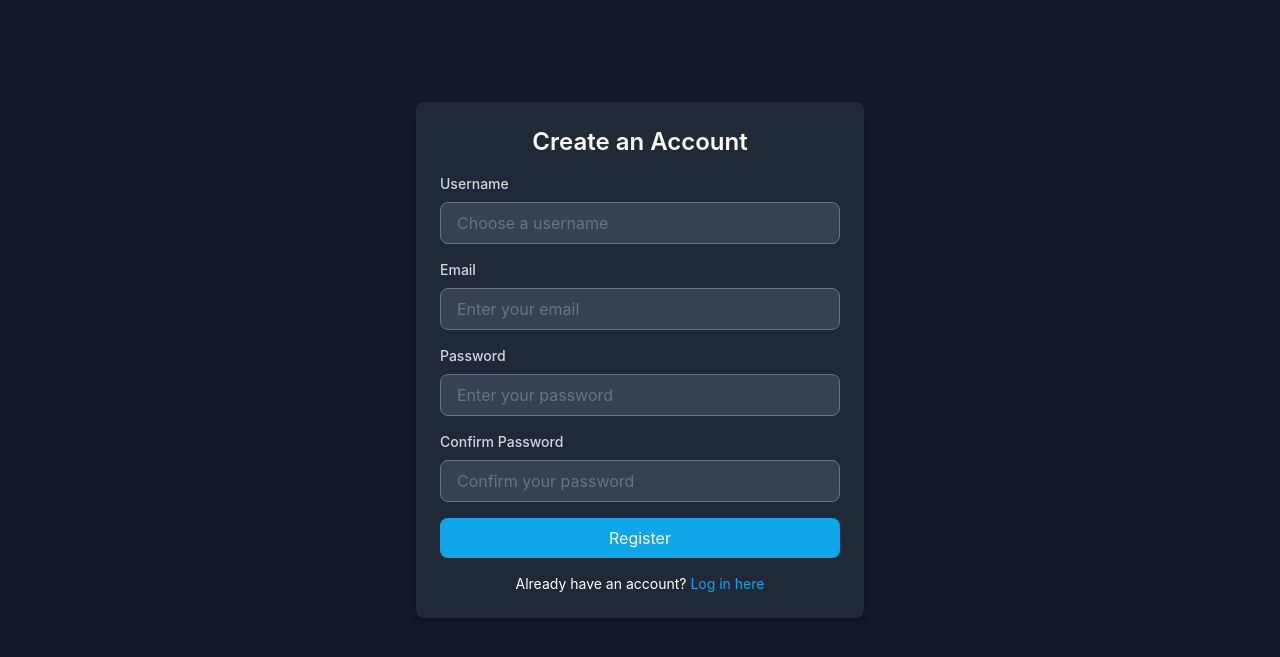
Repository: ChudasamaPratik/taks-attendance
Page: /register (app in frontend/)
An editor plug-in stored every save of this project. The page is shown before and after the next save, followed by the edit.
The browser window is 1280 px wide. The pictures show the whole page.
The project was rebuilt for these pictures with package versions that can differ from the ones it lists, and the page was loaded fresh each time. Also part of the build but not shown: frontend/vite.config.js, frontend/src/pages/Login.jsx, frontend/src/components/NavButtons.jsx, frontend/src/pages/Dashboard.jsx, frontend/src/pages/Attendance.jsx, frontend/src/pages/Task.jsx, frontend/src/pages/Projects.jsx.

Above is the page before, as saved 2024-11-30 11:07:00.

After the next save:
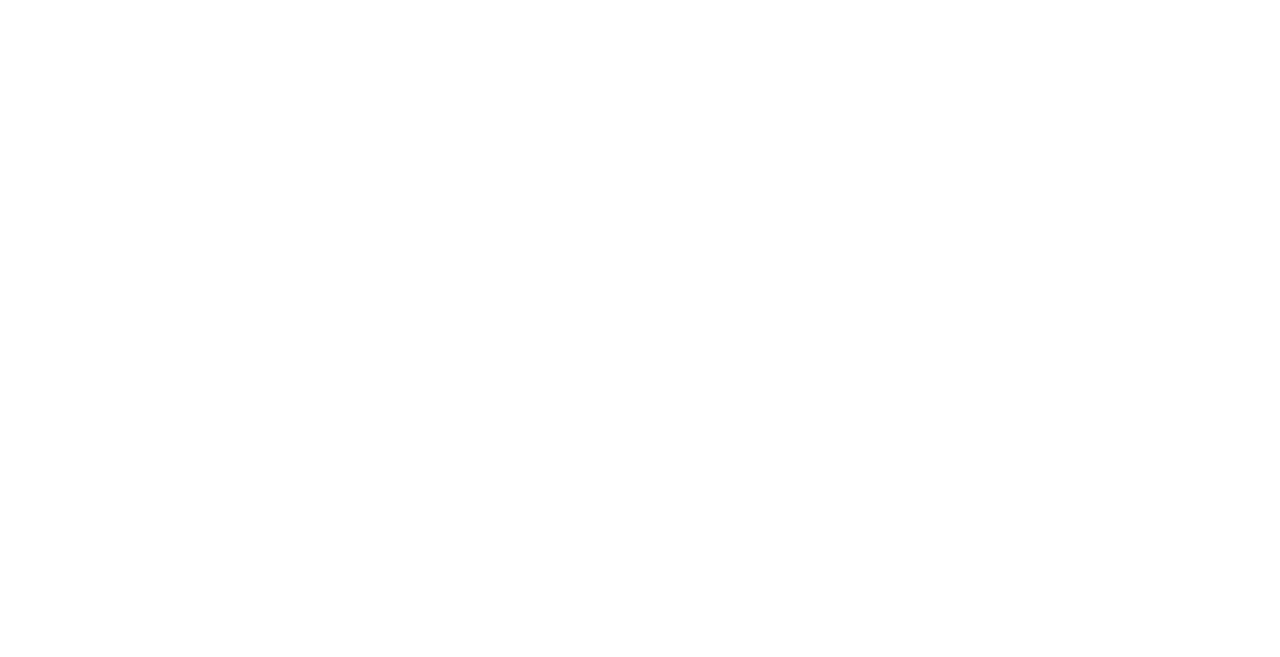
Console error: ReferenceError: error is not defined
Saved 5 s later.
--- a/frontend/src/pages/Register.jsx
+++ b/frontend/src/pages/Register.jsx
@@ -8,7 +8,7 @@ const Register = ({ onRegister }) => {
   const [email, setEmail] = useState('');
   const [password, setPassword] = useState('');
   const [confirmPassword, setConfirmPassword] = useState('');
-  const [error, setError] = useState('');
+
 
   const navigate = useNavigate();
 

After the save that followed:
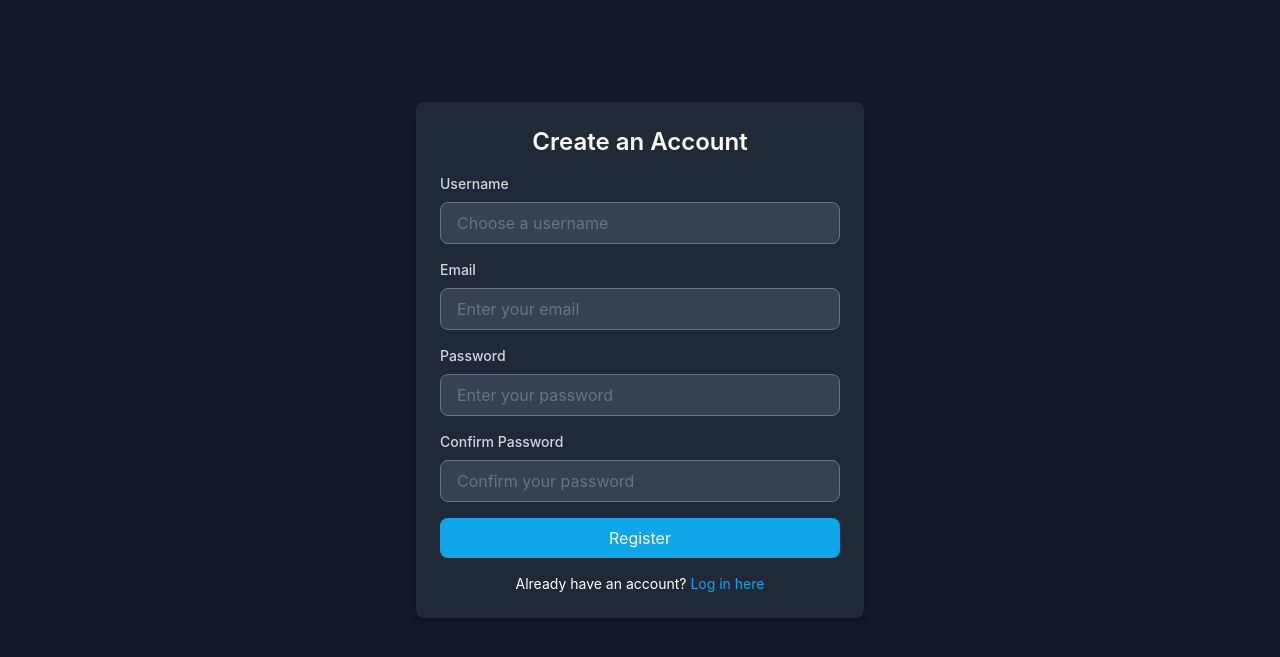
The error is gone.
Saved 10 s later.
--- a/frontend/src/pages/Register.jsx
+++ b/frontend/src/pages/Register.jsx
@@ -98,7 +98,7 @@ const Register = ({ onRegister }) => {
               onChange={(e) => setConfirmPassword(e.target.value)}
             />
           </div>
-          {error && <p className="text-sm text-red-500 text-center">{error}</p>}
+
           <button type="submit" className="w-full py-2 bg-sky-500 text-white rounded-lg hover:bg-sky-600 focus:outline-none">
             Register
           </button>
